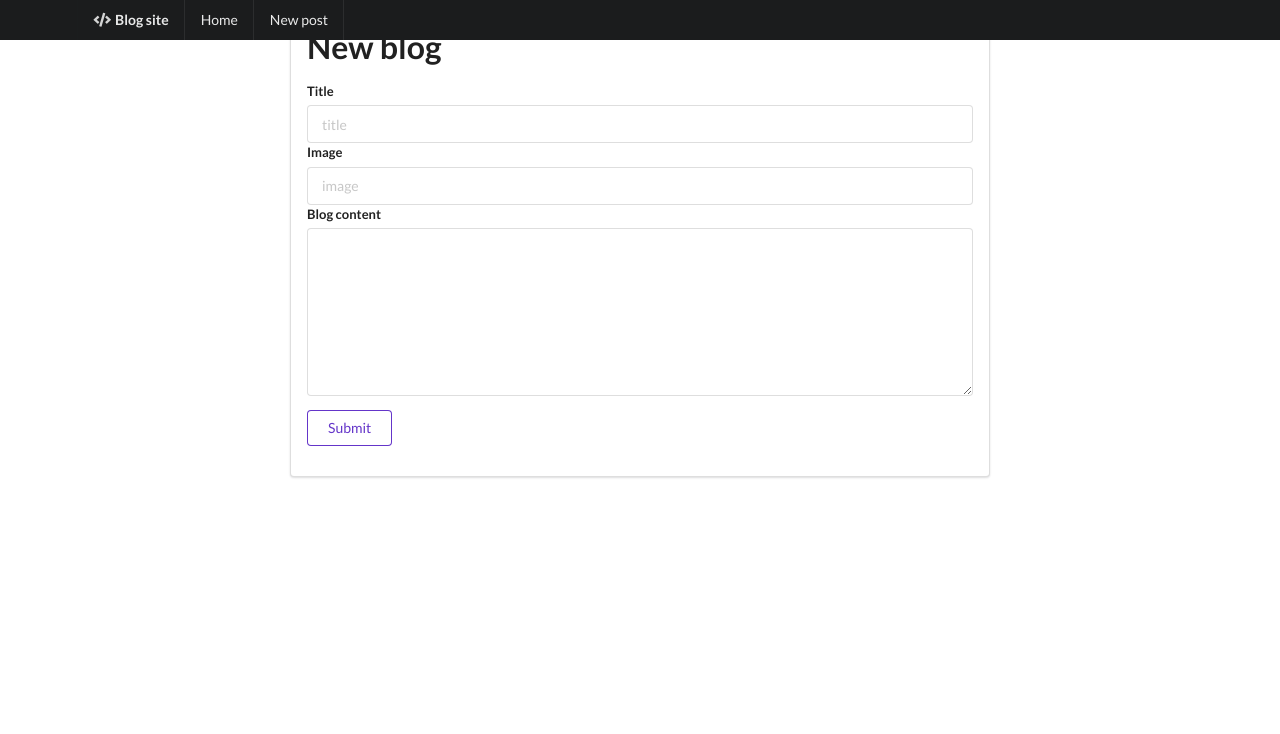
Repository: DevIvanVarela/the-web-developer-bootcamp
Page: http://localhost/blogs/new
The author's editor kept a record of every edit. The page is drawn from the files as they stood at one moment, then again after the next edit.
The browser window is 1280 px wide. The pictures show the whole page.
The page is served by the project's Node server (RESTfulRouting/RESTfulBlogApp/app.js).

Above is the page before.

### workspace/RESTfulRouting/RESTfulBlogApp/views/new.ejs
<% include ./partials/header %>
<div class="ui main text container segment">
    <div class="ui huge header">New blog</div>
    <form class="ui form" action="/blogs" method="POST">
        <div class="field">
            <label>Title</label>
            <input type="text" name="blog[title]" placeholder="title">
            <label>Image</label>
            <input type="text" name="blog[image]" placeholder="image">
            <label>Blog content</label>
            <textarea name="blog[image]"></textarea>
        </div>
        <input class="ui violet basic button" type="submit">
    </form>
</div>
<% include ./partials/footer %>

### workspace/RESTfulRouting/RESTfulBlogApp/views/partials/header.ejs
<html>
    <head>
        <title>Blog app</title>
        <link rel="stylesheet" type="text/css" href="https://cdnjs.cloudflare.com/ajax/libs/semantic-ui/2.4.1/semantic.min.css">
        <link rel="stylesheet" type="text/css" src="/../public/stylesheets/app.css">
    </head>
    <body>
        <div class="ui fixed inverted menu">
            <div class="ui container">
                <div class="header item"><i class="code icon"></i>Blog site</div>
                <a href="/" class="item">Home</a>
                <a href="/blogs/new" class="item">New post</a>
            </div>
        </div>

### workspace/RESTfulRouting/RESTfulBlogApp/app.js
var express = require("express"),
    methodOverride = require("method-override"),
    app = express(),
    bodyParser = require("body-parser"),
    mongoose = require("mongoose");

mongoose.connect("mongodb://localhost/restful_blog_app", { useNewUrlParser: true });

app.use(bodyParser.urlencoded({extended: true}));
app.set("view engine", "ejs");
app.use(methodOverride("_method"));

var blogSchema = new mongoose.Schema({
   title: String,
   image: String,
   body: String,
   create: { type: Date, default: Date.now }
});
var Blog = mongoose.model("Blog", blogSchema);

app.get("/", function(req, res) {
    res.redirect("/blogs");
});

app.get("/blogs", function(req, res) {
    Blog.find({}, function(err, blogs){
        if(err) {
            console.log("ERROR!");
        } else {
            res.render("index", { blogs: blogs });
        }
    });
});

app.get("/blogs/new", function(req, res) {
    res.render("new");
});

app.post("/blogs", function(req, res) {
    Blog.create(req.body.blog, function(err, newBlog){
        if(err) {
            res.render("new");
        } else {
           res.redirect("/blogs");
        }
    });
});

app.get("/blogs/:id", function(req, res) {
    Blog.findById(req.params.id, function(err, blog) {
        if(err){
            res.redirect("/blogs");
            console.log(err);
        } else {
            res.render("show", {blog: blog});
        }
    });
});

app.get("/blogs/:id/edit", function(req, res){
    Blog.findById(req.params.id, function(err, blog){
        if(err){
            res.redirect("/blogs");
        } else {
            res.render("edit", {blog: blog});
        }
    })

});

app.put("/blogs/:id", function(req, res){
    Blog.findByIdAndUpdate(req.params.id, req.body.blog, function(err, blog){
       if(err) {
           res.redirect("/blogs");
       } else {
           res.redirect("/blogs/" + req.params.id);
       }
    });
});

app.delete("/blogs/:id", function(req, res){
    Blog.findByIdAndRemove(req.params.id, function(err){
       if(err) {
           console.log(err);
       }

       res.redirect("/blogs");
    });
});

app.listen(process.env.PORT, process.env.IP, function() {
   console.log("The RESTfulBlogApp is running.");
});

Loaded but not shown: workspace/RESTfulRouting/RESTfulBlogApp/views/partials/footer.ejs (common file)

After the next edit:
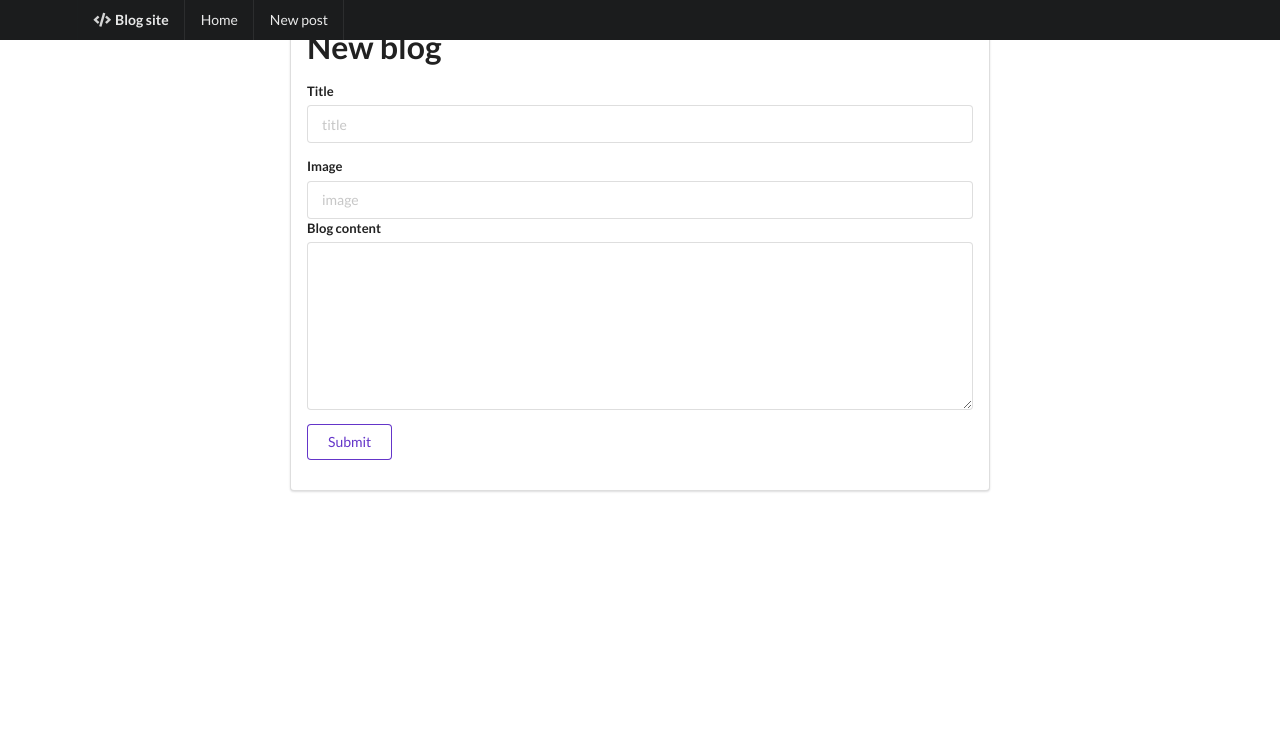
The edit:
--- a/workspace/RESTfulRouting/RESTfulBlogApp/views/new.ejs
+++ b/workspace/RESTfulRouting/RESTfulBlogApp/views/new.ejs
@@ -5,6 +5,8 @@
         <div class="field">
             <label>Title</label>
             <input type="text" name="blog[title]" placeholder="title">
+        </div>
+        <div class="field">
             <label>Image</label>
             <input type="text" name="blog[image]" placeholder="image">
             <label>Blog content</label>
